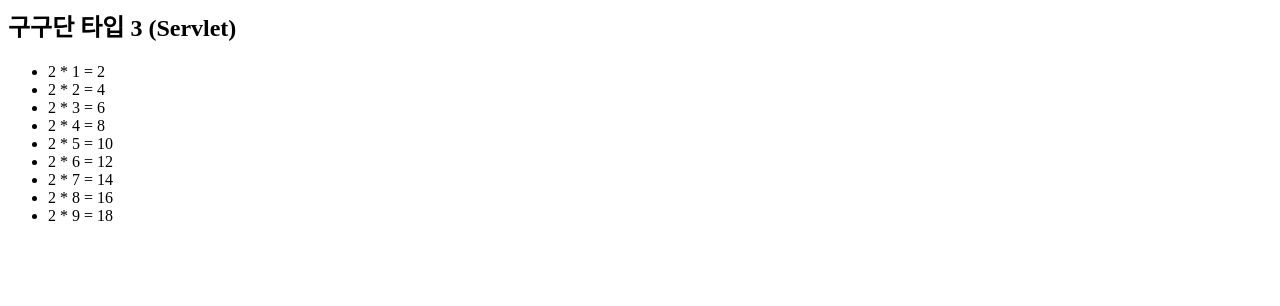
Repository: Byeonghee-son/DB-Servlet
Page: http://localhost/ServletStudy/gugudan
The author's editor kept a copy of each file at every save. The page is drawn from the files as they stood at one save, then again after the next save.
The browser window is 1280 px wide. The pictures show the whole page.
The page is served by Tomcat 9.

Above is the page before, as saved 2023-05-11 05:58:52.

After the next save:
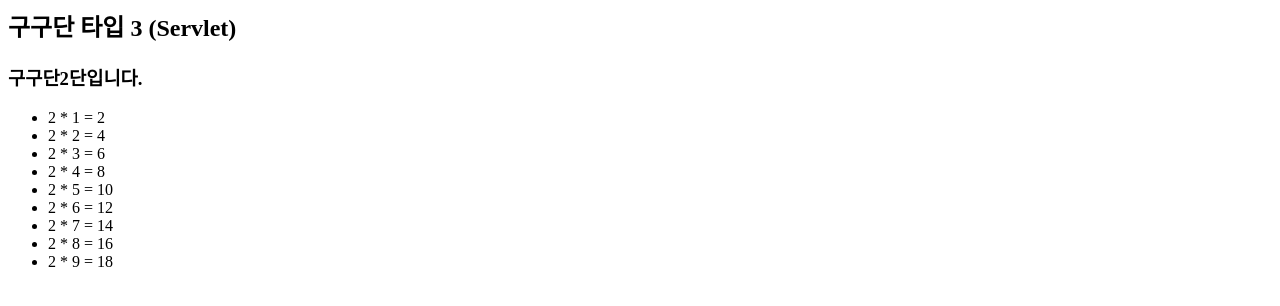
Saved 5 min 3 s later.
--- a/ServletStudy/src/main/java/edu/pnu/servlet/gugudan.java
+++ b/ServletStudy/src/main/java/edu/pnu/servlet/gugudan.java
@@ -24,6 +24,7 @@ public class gugudan extends HttpServlet {
 		try(PrintWriter out = resp.getWriter();){
 
 			out.println("<h2>구구단 타입 3 (Servlet)</h2>");
+			out.println("<h3>구구단"+num+"단입니다.</h3>");
 			out.println("<ul>");
 			for(int i = 1; i < 10 ; i++) {
 				out.println("<li>" + num  + " * " + i  + " = " + num * i + "</li>");
